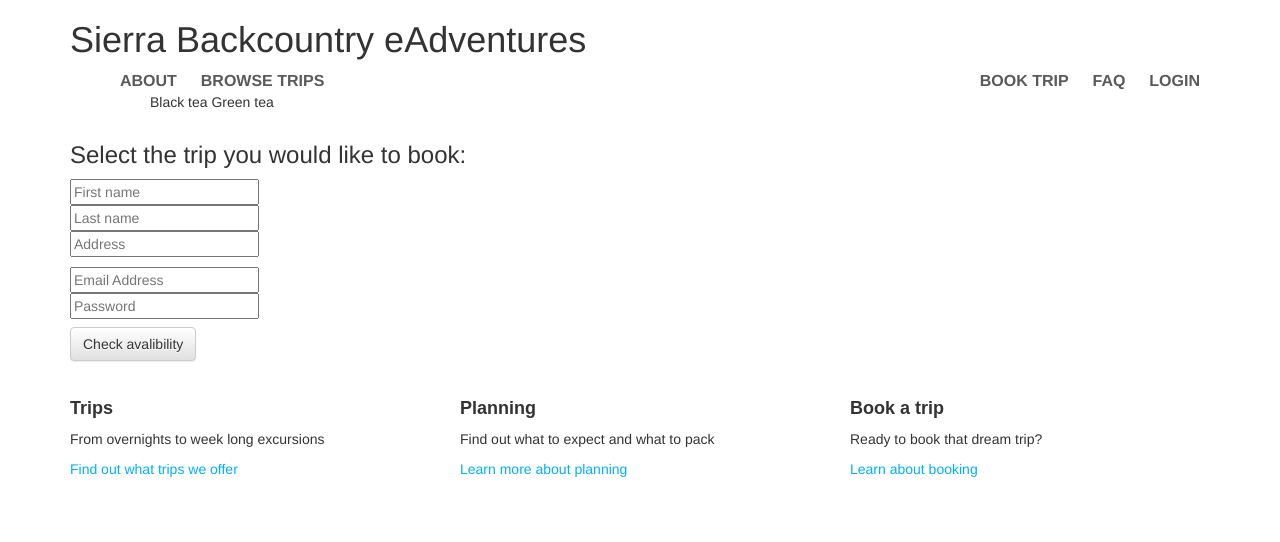
Repository: nageek17/eadventures
Page: http://localhost/booking.php
The author's editor kept a record of every edit. The page is drawn from the files as they stood at one moment, then again after the next edit.
The browser window is 1280 px wide. The pictures show the whole page.
Some web libraries are served in a nearby version. The page is run by PHP 8.4 with error messages shown; the project is at /var/www/html/. Queries for data that is not in the repository find no rows.

Above is the page before.
Console error (its wording comes from the project's code and is left out).

After the next edit:
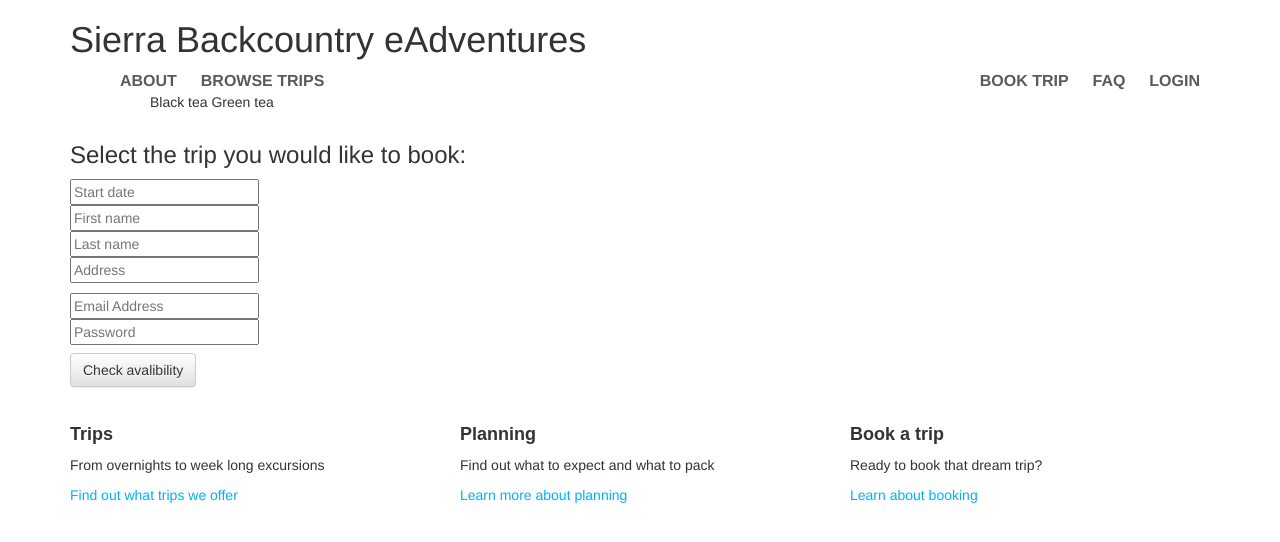
The edit:
--- a/booking.php
+++ b/booking.php
@@ -26,6 +26,8 @@
         mysqli_close($con);
         ?>
 
+        <input type="text" name="date" class="reg" placeholder="Start date"><br>
+        <p>
         <input type="text" name="first" class="reg" placeholder="First name"><br>
         <input type="text" name="last" class="reg" placeholder="Last name"><br>
         <input type="text" name="address" class="reg" placeholder="Address"><br>
